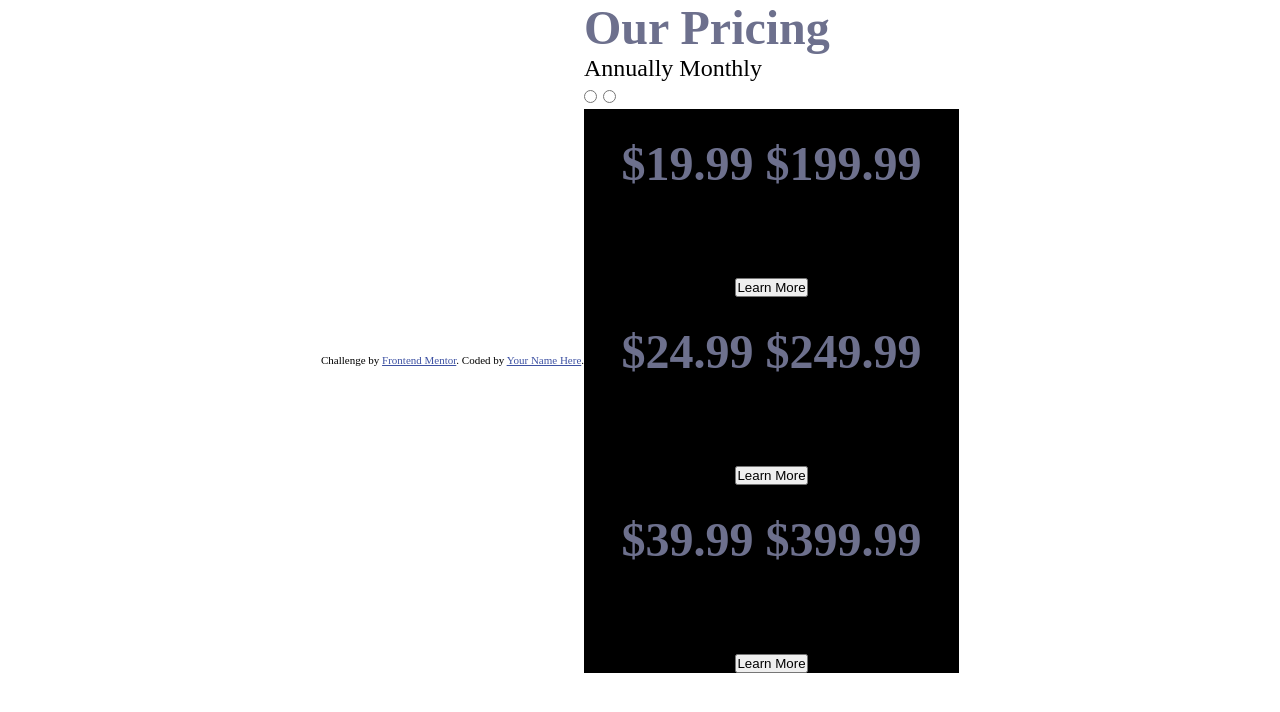
Repository: JuzzJoel/pricing-component-with-toggle-master
Page: index.html
These files come from the project's save history. The page is drawn as it stood at one moment and after the next save; the edit follows.
The browser window is 1280 px wide. The pictures show the whole page.

Above is the page before, as saved 2025-05-24 08:10:12.

After the next save:
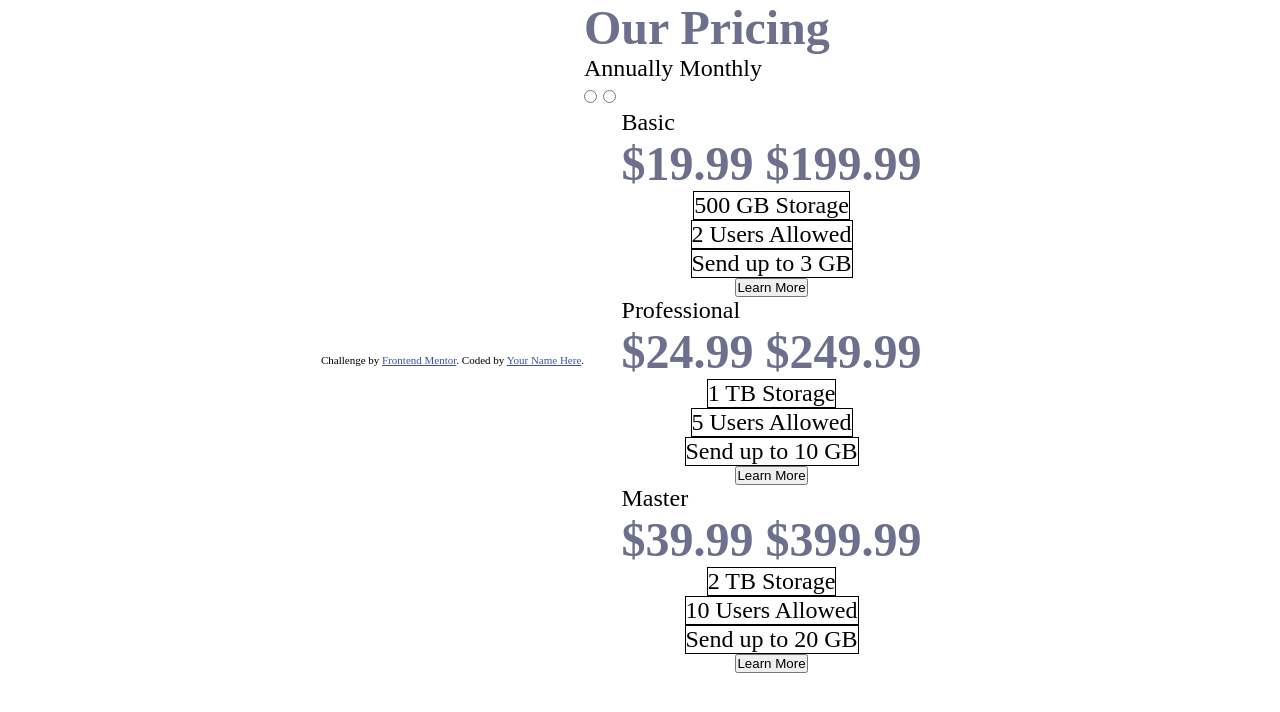
Saved 9 s later.
--- a/index.html
+++ b/index.html
@@ -62,7 +62,7 @@ font-size: 1.5rem;
      .toggle-slider{
 
      }
-   .body{
+   .content-body{
     display: flex;
     flex-direction: column;
     background: #000;

After the save that followed:
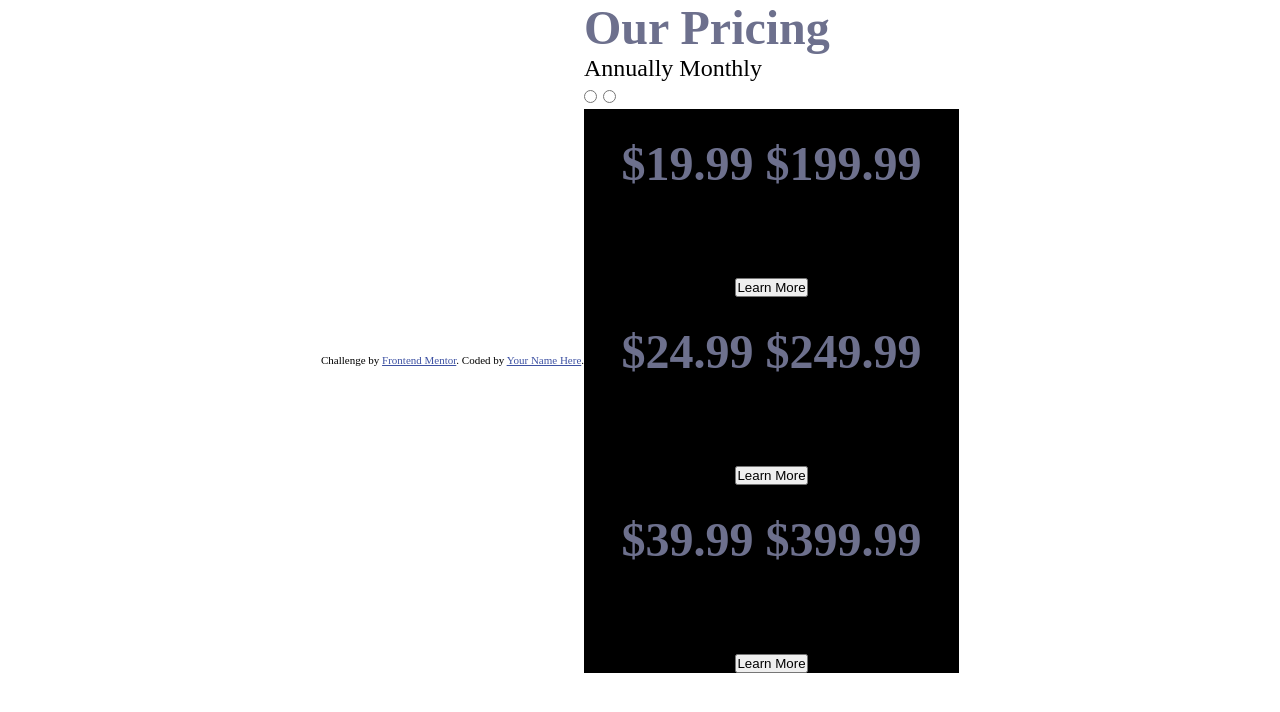
Saved 12 s later.
--- a/index.html
+++ b/index.html
@@ -135,7 +135,7 @@ font-size: 1.5rem;
           <div class="toggle-slider"></div>
         </div>
       </div>
-      <div class="body">
+      <div class="content-body">
         <div class="content">
           <div class="card-container">
 <div class="card">
